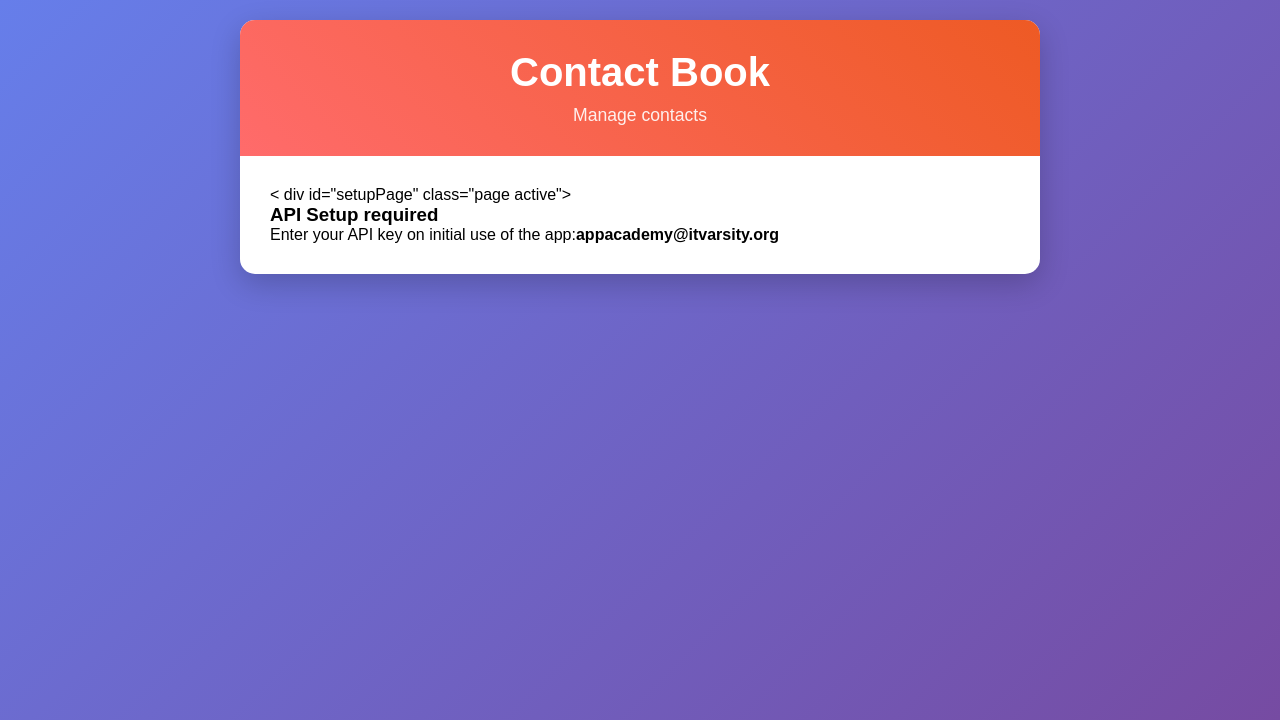
Repository: Mantombi81/Moznana-Contact
Page: index.html
These files come from the project's save history. The page is drawn as it stood at one moment and after the next save; the edit follows.
The browser window is 1280 px wide. The pictures show the whole page.

Above is the page before, as saved 2025-06-11 21:47:40.

### index.html
<!DOCTYPE html>
<html lang="en">
<head>
    <meta charset="UTF-8">
    <meta name="viewport" content="width=device-width, initial-scale=1.0">
    <title>Mozi Contact Book(API's)</title>
    <link rel="stylesheet" href="style.css">
</head>
<body>
    <div class="container">
        <div class="header">
            <h1>Contact Book</h1>
            <p>Manage contacts</p>
        </div>

        <div class="content">
            <!-- API set-up page -->
             < div id="setupPage" class="page active">
             <div class="api-set-up">
                <h3>API Setup required</h3>
                <p>Enter your API key on initial use of the app:<strong>appacademy@itvarsity.org</strong></p>
             </div>
             <div>

             </div>
             </div>
        </div>

    </div>

</body>
</html>

### style.css
* {
    margin: 0;
    padding: 0;
    box-sizing: border-box;
}

body {
    font-family: Arial, sans-serif;
    background: linear-gradient(135deg, #667eea 0%, #764ba2 100%);
    min-height: 100vh;
    padding: 20px;
}

.container {
    max-width: 800px;
    margin: 0 auto;
    background: white;
    border-radius: 15px;
    box-shadow: 0 10px 30px rgba(0, 0, 0, 0.2);
    overflow: hidden;
}

.header {
    background: linear-gradient(45deg, #ff6b6b, #ee5a24);
    color: white;
    padding: 30px;
    text-align: center;
}

.header h1 {
    font-size: 2.5rem;
    margin-bottom: 10px;
}

.header p {
    font-size: 1.1rem;
    opacity: 0.9;
}

.content {
    padding: 30px;
}

.api-setup {
    background: #f8f9fa;
    border-radius: 10px;
    padding: 20px;
    margin-bottom: 30px;
    border-left: 4px solid #ff6b6b;
}

.api-setup h3 {
    color: #ff6b6b;
    margin-bottom: 15px;
}

.form-group {
    margin-bottom: 20px;
}

.form-group label {
    display: block;
    margin-bottom: 8px;
    font-weight: bold;
    color: #333;
}

.form-group input,
.form-group select {
    width: 100%;
    padding: 12px;
    border: 2px solid #e1e8ed;
    border-radius: 8px;
    font-size: 16px;
    transition: border-color 0.3s ease;
}

.form-group input:focus,
.form-group select:focus {
    outline: none;
    border-color: #ff6b6b;
}

.btn {
    background: linear-gradient(45deg, #ff6b6b, #ee5a24);
    color: white;
    border: none;
    padding: 12px 25px;
    border-radius: 8px;
    cursor: pointer;
    font-size: 16px;
    font-weight: bold;
    margin: 5px;
    transition: transform 0.2s ease, box-shadow 0.2s ease;
}

.btn:hover {
    transform: translateY(-2px);
    box-shadow: 0 5px 15px rgba(255, 107, 107, 0.3);
}

.btn-secondary {
    background: linear-gradient(45deg, #54a0ff, #2e86de);
}

.btn-danger {
    background: linear-gradient(45deg, #ff3838, #ff4757);
}

.btn-success {
    background: linear-gradient(45deg, #1dd1a1, #10ac84);
}

.contacts-grid {
    display: grid;
    grid-template-columns: repeat(auto-fill, minmax(300px, 1fr));
    gap: 20px;
    margin-top: 20px;
}

.contact-card {
    background: white;
    border-radius: 12px;
    padding: 20px;
    box-shadow: 0 4px 15px rgba(0, 0, 0, 0.1);
    border: 1px solid #e1e8ed;
    transition: transform 0.2s ease, box-shadow 0.2s ease;
}

.contact-card:hover {
    transform: translateY(-5px);
    box-shadow: 0 8px 25px rgba(0, 0, 0, 0.15);
}

.contact-avatar {
    width: 60px;
    height: 60px;
    border-radius: 50%;
    margin: 0 auto 15px;
    display: block;
    border: 3px solid #ff6b6b;
}

.contact-name {
    font-size: 1.3rem;
    font-weight: bold;
    text-align: center;
    margin-bottom: 10px;
    color: #333;
}

.contact-details {
    margin-bottom: 15px;
}

.contact-details p {
    margin-bottom: 5px;
    color: #666;
}

.contact-actions {
    text-align: center;
}

.loading {
    text-align: center;
    padding: 40px;
    color: #666;
    font-size: 1.2rem;
}

.error {
    background: #ffe6e6;
    color: #cc0000;
    padding: 15px;
    border-radius: 8px;
    margin: 15px 0;
    border-left: 4px solid #cc0000;
}

.success {
    background: #e6ffe6;
    color: #006600;
    padding: 15px;
    border-radius: 8px;
    margin: 15px 0;
    border-left: 4px solid #006600;
}

.hidden {
    display: none;
}

.page {
    display: none;
}

.page.active {
    display: block;
}

.back-btn {
    margin-bottom: 20px;
}

@media (max-width: 768px) {
    .container {
        margin: 10px;
    }

    .header {
        padding: 20px;
    }

    .header h1 {
        font-size: 2rem;
    }

    .content {
        padding: 20px;
    }

    .contacts-grid {
        grid-template-columns: 1fr;
    }
}

After the next save:
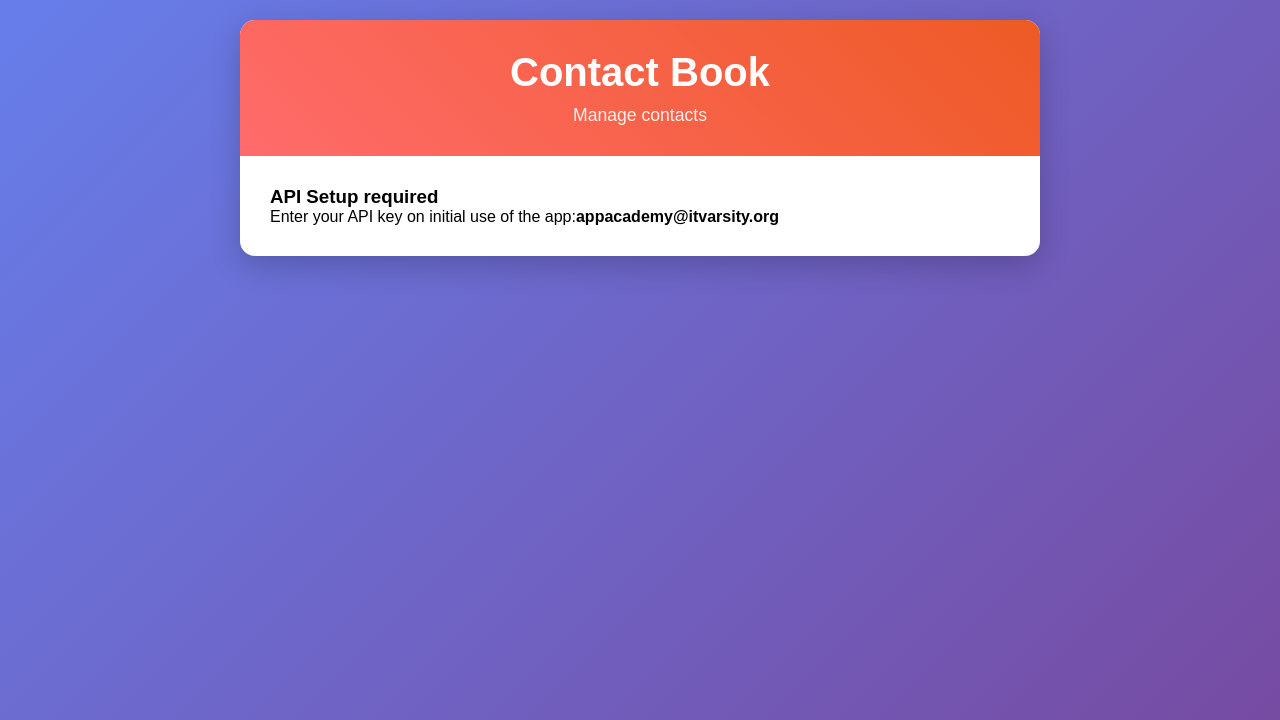
Saved 5 s later.
--- a/index.html
+++ b/index.html
@@ -15,7 +15,7 @@
 
         <div class="content">
             <!-- API set-up page -->
-             < div id="setupPage" class="page active">
+             <div id="setupPage" class="page active">
              <div class="api-set-up">
                 <h3>API Setup required</h3>
                 <p>Enter your API key on initial use of the app:<strong>appacademy@itvarsity.org</strong></p>
